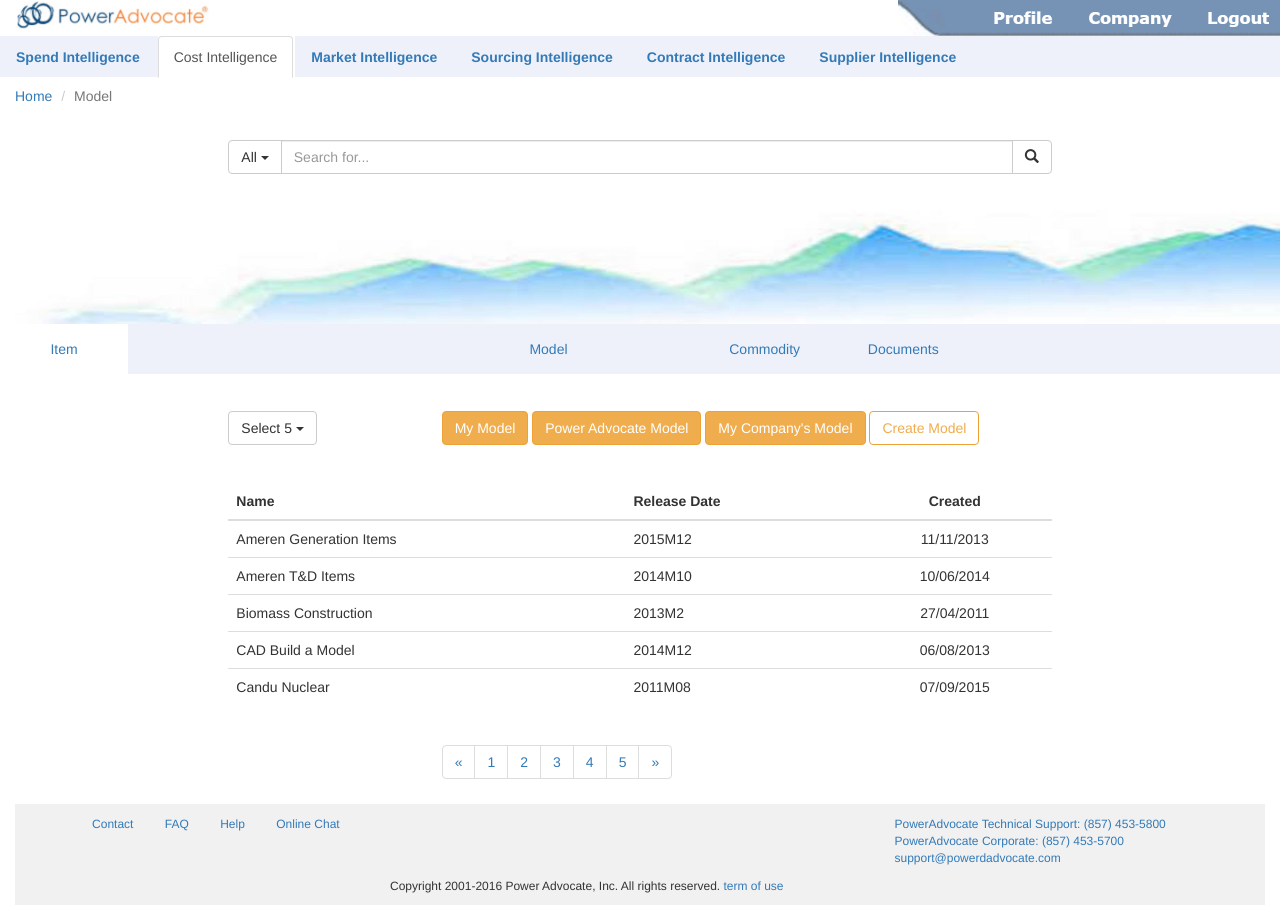
Repository: SamiraMansouri/PowerAdvocate-CostIntelligence-Application-new-Design-using-UserExperience-Method-
Page: http://localhost/PowerAdvocate/WEB-INF/views/Item.jsp
The author's editor kept a copy of each file at every save. The page is drawn from the files as they stood at one save, then again after the next save.
The browser window is 1280 px wide. The pictures show the whole page.
The page is served by Tomcat 9. Nobody is signed in. Other server files are loaded and not shown. The template is opened directly, without the code that normally fills it, so the values that code supplies are empty.

Above is the page before, as saved 2016-04-25 01:50:49.

### PowerAdvocate-Prototype/PowerAdvocate/src/main/webapp/WEB-INF/views/Item.jsp
<!DOCTYPE html>
<html lang="en">
<head>
<title>Model</title>
<meta charset="utf-8">
<meta name="viewport" content="width=device-width, initial-scale=1">
<link rel="stylesheet"
	href="http://maxcdn.bootstrapcdn.com/bootstrap/3.3.6/css/bootstrap.min.css">
<script
	src="https://ajax.googleapis.com/ajax/libs/jquery/1.12.0/jquery.min.js"></script>
<script
	src="http://maxcdn.bootstrapcdn.com/bootstrap/3.3.6/js/bootstrap.min.js"></script>
</head>
<style>
.nav .navbar-nav>li>a:hover, .navbar-default .navbar-nav>li>a:focus {
	color: #ffff; /*Sets the text hover color on navbar*/
}

.nav .nav-tabs>.active>a, .nav .nav-tabs>.active>a:hover, .nav .nav-tabs>.active>a:focus
	{
	color: black; /*BACKGROUND color for active*/
	background-color: red;
}

.nav {
	background-color: #eff1fa;
	border-color: white;
}

.nav>li>a:hover, .nav>li>a:focus {
	text-decoration: none;
	background-color: silver; /*Change rollover cell color here*/
}

.navbar-default .navbar-nav>li>a {
	color: white; /*Change active text color here*/
}

.top-buffer {
	margin-top: 3%;
}

.nav .nav-tabs {
	display: inline-block;
	float: none;
	vertical-align: top;
}

.nav .navbar-collapse {
	text-align: center;
}

#bs-example-navbar-collapse-1 {
	padding: 0;
}

lineblue {
	border-bottom: 5pt solid black;
}

.navbar-nav {
	width: 100%;
	text-align: center; > li { float : none;
	display: inline-block;
}

}
.active {
	background-color: #fff;
}

.btn-warning.btn-outline {
	color: #f0ad4e;
}

.btn-warning.btn-outline:hover {
	color: #fff;
}

.btn-outline {
	background-color: transparent;
	color: inherit;
	transition: all .5s;
}

.footer {
	background-color: #F1F1F1;
	padding-top: 1%;
	font-size: 12px;
}

#col1 li {
	display: inline;
	text-decoration: none;
	padding-left: 5%;
}

#col1 ul {
	padding-left: 0;
}

#col2 li {
	text-decoration: none;
	padding-left: 35%;
	list-style-type: none;
}
.image
{
padding-right:0;

}
</style>
<body>

	<div class="container-fluid">
		<div class="row">
			<div class="col-md-4 ">
				<img src="resources/img/pa.png" alt="logo"
					style="width: 50%; height: 30%;">
			</div>
			<div class="col-md-8 image">
				<span class="pull-right "> <img src="resources/img/menu.png"
					class="pull-right " alt="logo" style="width: 60%; height: 30%;">
				</span>
			</div>
		</div>

		<!--end of row-->
		<div class="row">
			<ul class="nav nav-tabs">
				<li role="presentation"><a href="#"><b>Spend
							Intelligence</b></a></li>
				<li role="presentation" class="active"><a href="#">Cost
						Intelligence</a></li>
				<li role="presentation"><a href="#"><b>Market
							Intelligence</b></a></li>
				<li role="presentation"><a href="#"><b>Sourcing
							Intelligence</b></a></li>
				<li role="presentation"><a href="#"><b>Contract
							Intelligence</b></a></li>
				<li role="presentation"><a href="#"><b>Supplier
							Intelligence</b></a></li>
			</ul>
		</div>
		<!--end of row-->

		<div class="row">
			<ol class="breadcrumb"
				style="margin-bottom: 2%; background-color: #fff;">
				<li><a href="#">Home</a></li>
				<li class="active">Model</li>
			</ol>
		</div>
		<!-- bread crumb -->

		<div class="row">
			<div class="col-lg-2"></div>
			<div class="col-lg-8">
				<div class="input-group">
					<div class="input-group-btn">
						<button type="button" class="btn btn-default dropdown-toggle"
							data-toggle="dropdown" aria-haspopup="true" aria-expanded="false">
							All <span class="caret"></span>
						</button>
						<ul class="dropdown-menu">
							<li><a href="#">All</a></li>
							<li role="separator" class="divider"></li>
							<li><a href="#">Model</a></li>
							<li><a href="#">Item</a></li>
							<li><a href="#">Commodity</a></li>
						</ul>
					</div>
					<!-- btn-group -->

					<input type="text" class="form-control" placeholder="Search for..." />
					<span class="input-group-btn">
						<button class="btn btn-default" type="button">
							<span class="glyphicon glyphicon-search" aria-hidden="true"></span>
						</button>
					</span>
				</div>
				<!-- /input-group -->
			</div>
			<!-- lg-8 -->
			<div class="col-lg-2"></div>
		</div>
		<!-- /row -->

		<div class="row">
			<div class="col-md-12 image">
				<img  src="resources/img/a.jpeg" alt="logo"
					style="width: 100%; height: 150px;">
			</div>
		</div>
		<!-- row -->

		<div class="row">
			<div class=" collapse navbar-collapse "
				id="bs-example-navbar-collapse-1">
				<ul class="nav navbar-nav">
					<li style="width:20%"><a href="#">Model</a></li>
					<li class="pull-left active" style="width:10%"><a href="/prototype/Item">Item</a></li>
					<li><a href="#"></a></li>
					<li><a href="/prototype/Commodity">Commodity</a></li>
									<li><a href="#"></a></li>
					<li><a href="/prototype/Documents">Documents</a></li>
									<li><a href="#"></a></li>
				</ul>
			</div>
			<!-- /.navbar-collapse -->
		</div>

		<div class="row top-buffer ">
			<div class="col-md-2"></div>
			<div class="col-md-2">

				<div class="dropdown pull-left ">
					<button class="btn btn-default dropdown-toggle" type="button"
						id="dropdownMenu2" data-toggle="dropdown" aria-haspopup="true"
						aria-expanded="false">
						Select 5 <span class="caret"></span>
					</button>
					<ul class="dropdown-menu" aria-labelledby="dropdownMenu2">
						<li><a href="#">Select 5</a></li>
						<li><a href="#">Select 10</a></li>
						<li><a href="#">Select 50</a></li>
						<li><a href="#">Select 100</a></li>
					</ul>
				</div>
			</div>
			<div class="col-md-6 ">
				<button type="Button" class="btn btn-warning">My Model</button>
				<button type="Button" class="btn btn-warning">Power
					Advocate Model</button>
				<button type="Button" class="btn btn-warning">My Company's
					Model</button>
				<a class="btn btn-warning btn-outline ">Create Model</a>
			</div>
<div class="col-md-2"></div>
		</div>



	<div class="row top-buffer x">
		<div class="col-sm-2"></div>
		<div class="col-sm-8">
			<table class="table table-hover">
				<thead>
					<tr>
						<th>Name</th>
						<th >Release Date</th>
						<th style="text-align:center;">Created</th>
					</tr>
				</thead>
				<tbody>
					<tr>
						<td>Ameren Generation Items</td>
						<td>2015M12</td>
						<td style="text-align:center;">11/11/2013</td>
					</tr>
					<tr>
						<td>Ameren T&D Items</td>
						<td>2014M10</td>
						<td style="text-align:center;">10/06/2014</td>
					</tr>
					<tr>
						<td>Biomass Construction</td>
						<td>2013M2</td>
						<td style="text-align:center;">27/04/2011</td>
					</tr>
					<tr>
						<td>CAD Build a Model</td>
						<td>2014M12</td>
						<td style="text-align:center;">06/08/2013</td>
					</tr>
					<tr>
						<td>Candu Nuclear</td>
						<td>2011M08</td>
						<td style="text-align:center;">07/09/2015</td>
					</tr>
				</tbody>
			</table>
		</div>
		<div class="col-md-2"></div>
	</div>

	<!--  -->
	<div class="row">
		<div class="col-md-2"></div>
		<div class="col-md-2"></div>
		<div class="col-md-8 ">
			<nav>
				<ul class="pagination">
					<li><a href="#" aria-label="Previous"> <span
							aria-hidden="true">&laquo;</span>
					</a></li>
					<li><a href="#">1</a></li>
					<li><a href="#">2</a></li>
					<li><a href="#">3</a></li>
					<li><a href="#">4</a></li>
					<li><a href="#">5</a></li>
					<li><a href="#" aria-label="Next"> <span
							aria-hidden="true">&raquo;</span>
					</a></li>
				</ul>
			</nav>
		</div>
	</div>
	<!--pagination-->
	<!--footer-->
	<div class="footer">
		<div class="row ">
			<div class="col-md-6" id="col1" style="padding-left: 5%;">
				<ul>
					<li><a src="#"> Contact</a></li>
					<li><a src="#"> FAQ </a></li>
					<li><a src="#"> Help</a></li>
					<li><a src="#"> Online Chat</a></li>
				</ul>
			</div>

			<div class="col-md-6" id="col2">
				<ul>
					<li><a src="#"> PowerAdvocate Technical Support: (857)
							453-5800</a></li>
					<li><a src="#"> PowerAdvocate Corporate: (857) 453-5700 </a></li>
					<li><a src="#"> support@powerdadvocate.com</a></li>
				</ul>
			</div>
		</div>
		<div class="row">
			<div class="col-md-12">
				<p style="padding-left: 30%;">
					Copyright 2001-2016 Power Advocate, Inc. All rights reserved.<a
						src="#"> term of use </a>
				</p>
			</div>
		</div>
	</div>
	<!-- end of footer-->


	</div>
</body>
</html>

After the next save:
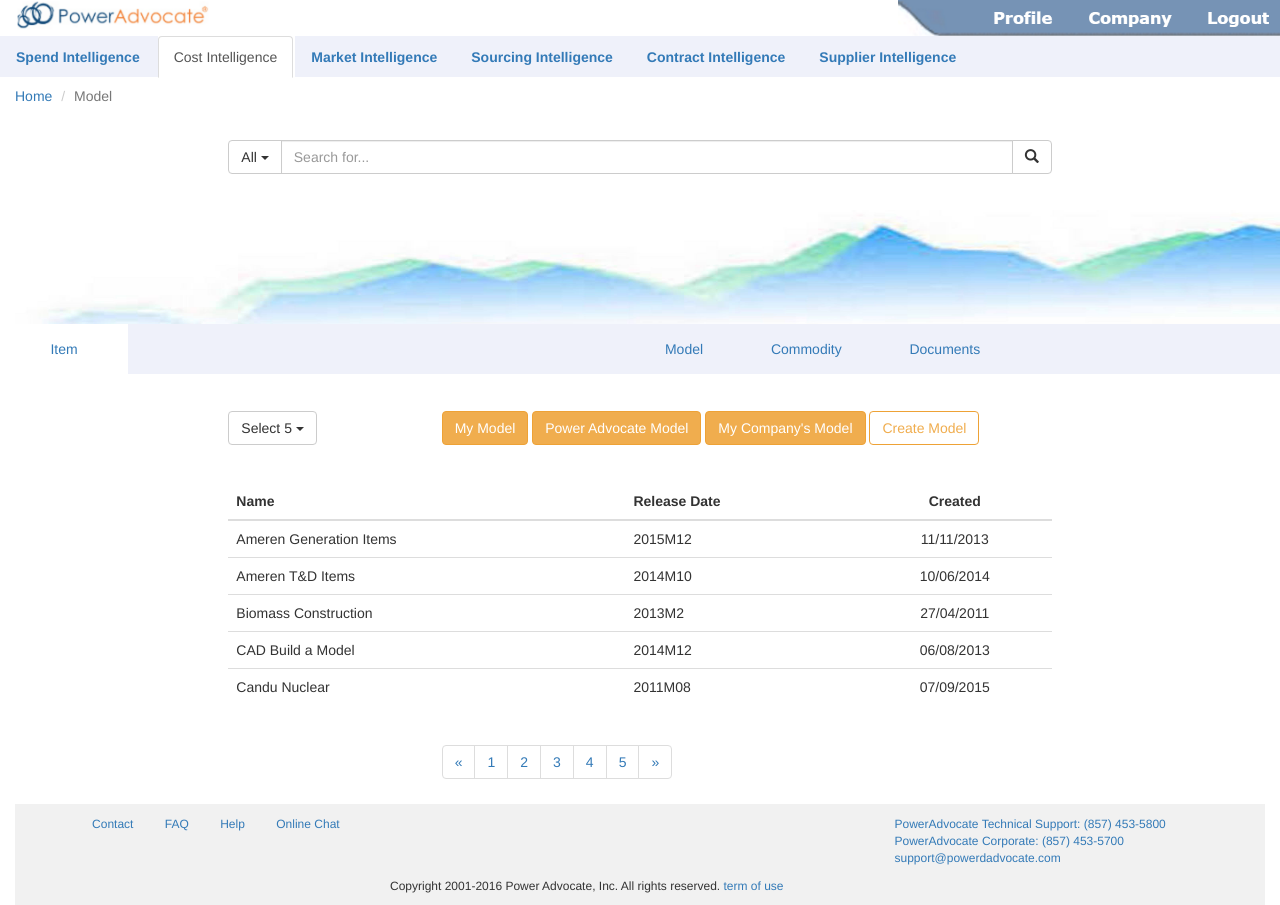
Saved 13 s later.
--- a/PowerAdvocate-Prototype/PowerAdvocate/src/main/webapp/WEB-INF/views/Item.jsp
+++ b/PowerAdvocate-Prototype/PowerAdvocate/src/main/webapp/WEB-INF/views/Item.jsp
@@ -198,9 +198,17 @@
 			<div class=" collapse navbar-collapse "
 				id="bs-example-navbar-collapse-1">
 				<ul class="nav navbar-nav">
-					<li style="width:20%"><a href="#">Model</a></li>
+				<li><a href="#"></a></li>
+				<li><a href="#"></a></li>
+				<li><a href="#"></a></li>
+				<li><a href="#"></a></li>
+				<li><a href="#"></a></li>
+				<li><a href="#"></a></li>
+				<li><a href="#"></a></li>
+				<li><a href="#"></a></li>
+					<li style="width=10%"><a href="#">Model</a></li>
 					<li class="pull-left active" style="width:10%"><a href="/prototype/Item">Item</a></li>
-					<li><a href="#"></a></li>
+									<li><a href="#"></a></li>
 					<li><a href="/prototype/Commodity">Commodity</a></li>
 									<li><a href="#"></a></li>
 					<li><a href="/prototype/Documents">Documents</a></li>
